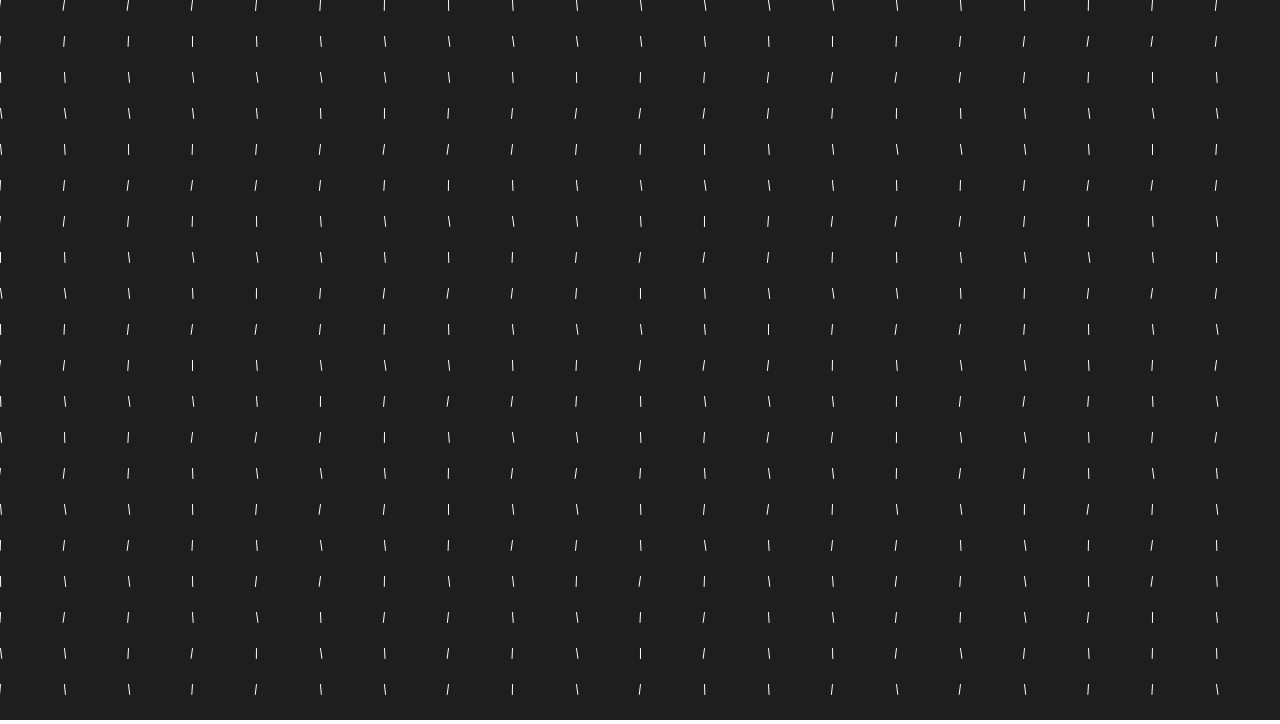
Repository: dylanreimer/electrocrafting
Page: projects/pendulum/index.html
These files come from the project's save history. The page is drawn as it stood at one moment and after the next save; the edit follows.
The browser window is 1280 px wide. The pictures show the whole page.

Above is the page before, as saved 2021-10-19 01:15:09.

### projects/pendulum/index.html
<!DOCTYPE html>
<html lang="en">
  <head>
    <meta charset="UTF-8" />
    <meta http-equiv="X-UA-Compatible" content="IE=edge" />
    <meta name="viewport" content="width=device-width, initial-scale=1.0" />
    <style>
      body {
      padding: 0;
      margin: 0;
    }
    </style>
    <title>pendulum</title>
      <script src="libs/p5.js"></script>
      <script src="libs/p5.dom.min.js"></script>
      <script src="libs/p5.sound.min.js"></script>
    </head>
  <body>
    <script src="sketch.js"></script>
    <script src="pendulum.js"></script>
  </body>
</html>

### projects/pendulum/sketch.js
const canvasWidth = window.innerWidth;
const canvasHeight = window.innerHeight;

let pendulums = [];

let cols = 20, rows = 20;


function preload() {

}

function setup() {
    createCanvas(canvasWidth, canvasHeight);

    pendulums = make2d(cols, rows);

    for(let i = 0; i < cols; i++) {
        for(let j = 0; j < rows; j++) {

          const xangle = map(mouseX, 0, width, -TWO_PI, TWO_PI);
          const yangle = map(mouseY, 0, height, -TWO_PI, TWO_PI);

          angle = (xangle * (i / width)*4) + (yangle * (j / height)*8);

          //console.log(angle);
          c = map(angle, -2, 2, 0, 50);

          pendulums[i][j] = new Pendulum(i*(canvasWidth/cols), j*(canvasHeight/rows), c);

        }
    }

}



function draw() {
    background(30);

    for(let i =0; i < cols; i++){
        for(let j = 0; j < rows; j++) {
            pendulums[i][j].render();
            pendulums[i][j].update();
        }
    }
}



function make2d(cols, rows) {
    let array = new Array(cols);
    for (let i = 0; i < array.length; i++) {
        array[i] = new Array(rows);
    }
    return array
}

### projects/pendulum/pendulum.js
class Pendulum {
    constructor(x, y, size, radius=10, velocity=0.01, color=[255, 255, 255]) {
        this.origin = {x: x, y: y};
        this.center = {x: x, y: y};
        this.lineStart = {x: x, y: y};
        this.size = size;
        this.swingRadius = radius;
        this.color = color;
        this.angle = PI/2;
        this.gravity = 0.9;
        this.damping = 0.9995;
        this.accel = 0;
        this.velocity = velocity;
    };

    update() {
        this.updateAngle();
        this.updatePosition();
    };

    render() {
        this.renderArm();
        this.renderWeight();
    };

    updateAngle() {
        this.accel = (-1 * this.gravity/this.size) * sin(this.angle);
        this.velocity += this.accel;
        this.velocity *= this.damping;
        this.angle += this.velocity;

        this.damping -= 0.0001
    };

    updatePosition() {
        this.center.x = sin(this.angle) * this.swingRadius + this.origin.x;
        this.center.y = cos(this.angle) * this.swingRadius + this.origin.y;
    };

    renderArm() {
        stroke(255);
        line(this.center.x, this.center.y, this.lineStart.x, this.lineStart.y);
    }

    renderWeight() {
        fill(this.color);
        ellipse(this.center.x, this.center.y, this.size);
    }


}

Loaded but not shown: projects/aframe/libraries/p5.js (library); projects/pendulum/libs/p5.dom.min.js (library); projects/pendulum/libs/p5.sound.min.js (library)

After the next save:
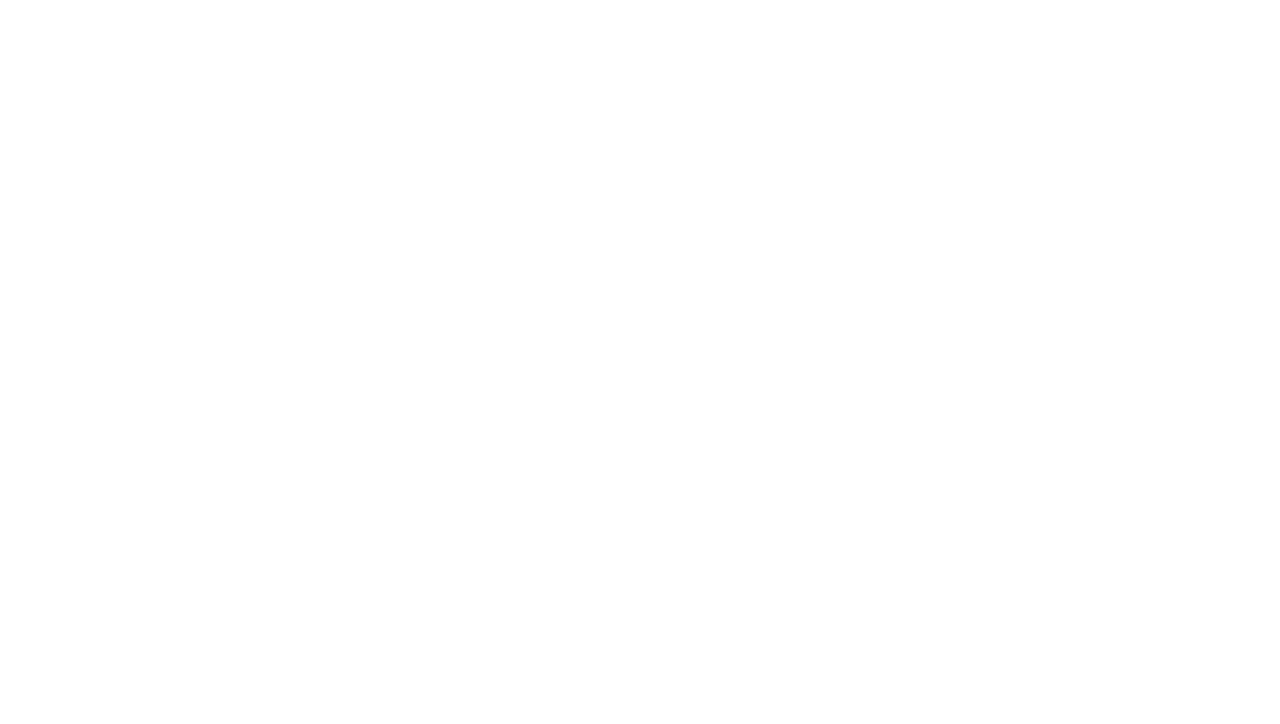
Console error: ReferenceError: c is not defined
Saved 9 s later.
--- a/projects/pendulum/sketch.js
+++ b/projects/pendulum/sketch.js
@@ -17,20 +17,9 @@
 
     for(let i = 0; i < cols; i++) {
         for(let j = 0; j < rows; j++) {
-
-          const xangle = map(mouseX, 0, width, -TWO_PI, TWO_PI);
-          const yangle = map(mouseY, 0, height, -TWO_PI, TWO_PI);
-
-          angle = (xangle * (i / width)*4) + (yangle * (j / height)*8);
-
-          //console.log(angle);
-          c = map(angle, -2, 2, 0, 50);
-
           pendulums[i][j] = new Pendulum(i*(canvasWidth/cols), j*(canvasHeight/rows), c);
-
         }
     }
-
 }
 
 

After the save that followed:
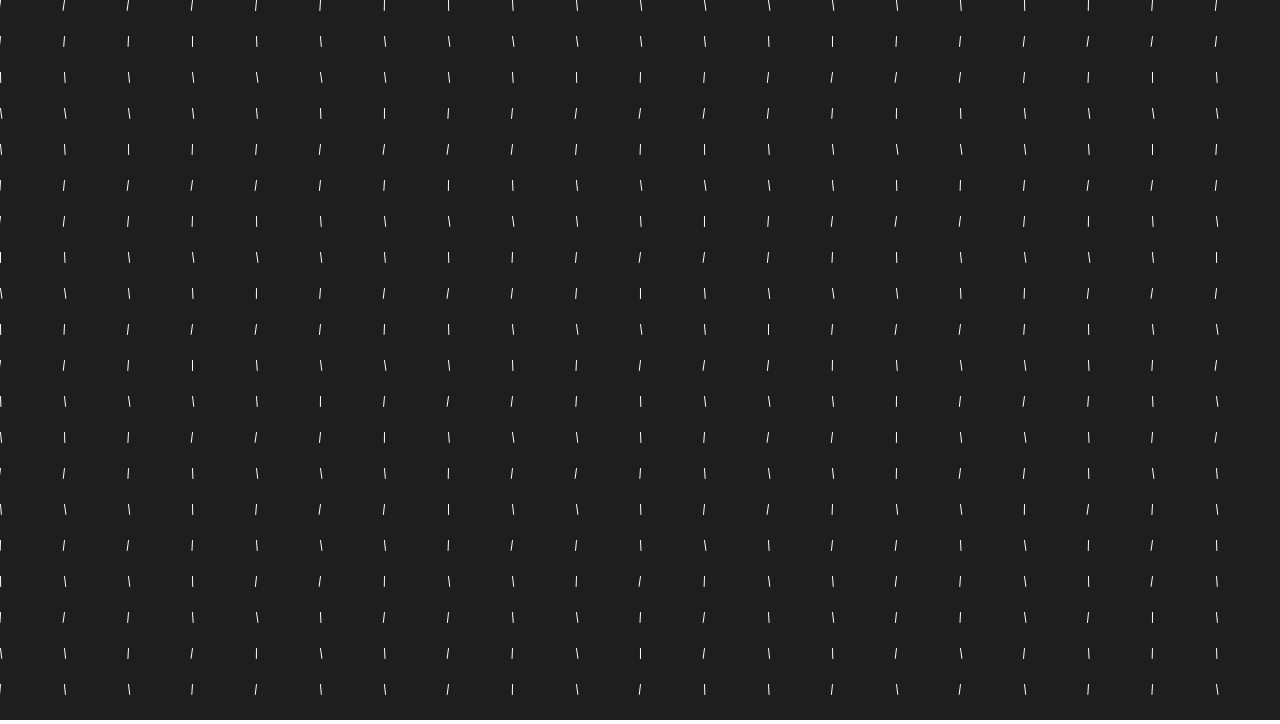
The error is gone.
Saved 7 s later.
--- a/projects/pendulum/sketch.js
+++ b/projects/pendulum/sketch.js
@@ -17,6 +17,15 @@
 
     for(let i = 0; i < cols; i++) {
         for(let j = 0; j < rows; j++) {
+
+          const xangle = map(mouseX, 0, width, -TWO_PI, TWO_PI);
+          const yangle = map(mouseY, 0, height, -TWO_PI, TWO_PI);
+
+          angle = (xangle * (i / width)*4) + (yangle * (j / height)*8);
+
+          //console.log(angle);
+          c = map(angle, -2, 2, 0, 50);
+
           pendulums[i][j] = new Pendulum(i*(canvasWidth/cols), j*(canvasHeight/rows), c);
         }
     }
